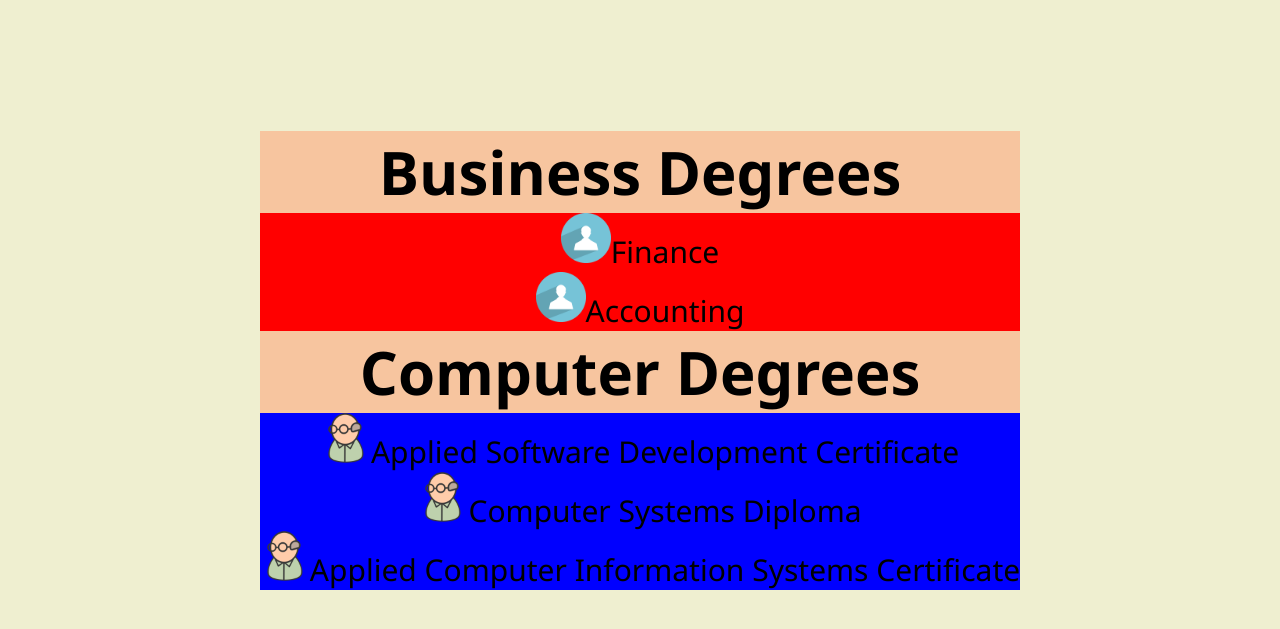
Repository: NeemaToto/mdia2109week3
Page: /
These files come from the project's save history. The page is drawn as it stood at one moment and after a run of saves; the edit follows.
The browser window is 1280 px wide. The pictures show the whole page.
The project was rebuilt for these pictures with package versions that can differ from the ones it lists, and the page was loaded fresh each time. The framework's server and built-in components were replaced by stand-ins that run in the browser. Also part of the build but not shown: next.config.js.

Above is the page before, as saved 2023-01-19 12:33:44.

### pages/index.js
import Head from 'next/head'
import Image from 'next/image'
import { Inter } from '@next/font/google'
import styles from '@/styles/Home.module.css'
import data from '../data/education.json'
import { useState } from 'react'
import Card from '../components/card'
import Link from 'next/link'

const inter = Inter({ subsets: ['latin'] })

export default function Home() {
  console.log(data);
  const [information, setInformation] = useState([...data]);

  return (
    <>
      <Head>
        <title>Departments of School</title>
        <meta name="description" content="Generated by create next app" />
        <meta name="viewport" content="width=device-width, initial-scale=1" />
        <link rel="icon" href="/degree-icon.png"/>
      </Head>
      <main className={styles.main}>
        <div className={styles.degrees}>
          <h1 className=''>Business Degrees</h1>
          {
            information && information.map((info, index) => {
              if (info.department === "Business") {
                return (
                  <Card key={index} degree={info.degree} colour="red" font="30px" />
                )
              }
            })
          }
          <h1>Computer Degrees</h1>
          {
            information && information.map((info, index) => {
              if (info.department === "Computing") {
                return (
                  <Card key={index} degree={info.degree} colour="blue" font="30px" />
                )
              }
            })
          }
        </div>
      </main>
    </>
  )
}

### styles/globals.css
:root {
  --max-width: 1100px;
  --border-radius: 12px;
  --font-mono: ui-monospace, Menlo, Monaco, 'Cascadia Mono', 'Segoe UI Mono',
    'Roboto Mono', 'Oxygen Mono', 'Ubuntu Monospace', 'Source Code Pro',
    'Fira Mono', 'Droid Sans Mono', 'Courier New', monospace;

  --foreground-rgb: 0, 0, 0;
  --background-start-rgb: 214, 219, 220;
  --background-end-rgb: 255, 255, 255;

  --primary-glow: conic-gradient(
    from 180deg at 50% 50%,
    #16abff33 0deg,
    #0885ff33 55deg,
    #54d6ff33 120deg,
    #0071ff33 160deg,
    transparent 360deg
  );
  --secondary-glow: radial-gradient(
    rgba(255, 255, 255, 1),
    rgba(255, 255, 255, 0)
  );

  --tile-start-rgb: 239, 245, 249;
  --tile-end-rgb: 228, 232, 233;
  --tile-border: conic-gradient(
    #00000080,
    #00000040,
    #00000030,
    #00000020,
    #00000010,
    #00000010,
    #00000080
  );

  --callout-rgb: 238, 240, 241;
  --callout-border-rgb: 172, 175, 176;
  --card-rgb: 180, 185, 188;
  --card-border-rgb: 131, 134, 135;
}

@media (prefers-color-scheme: dark) {
  :root {
    --foreground-rgb: 255, 255, 255;
    --background-start-rgb: 0, 0, 0;
    --background-end-rgb: 0, 0, 0;

    --primary-glow: radial-gradient(rgba(1, 65, 255, 0.4), rgba(1, 65, 255, 0));
    --secondary-glow: linear-gradient(
      to bottom right,
      rgba(1, 65, 255, 0),
      rgba(1, 65, 255, 0),
      rgba(1, 65, 255, 0.3)
    );

    --tile-start-rgb: 2, 13, 46;
    --tile-end-rgb: 2, 5, 19;
    --tile-border: conic-gradient(
      #ffffff80,
      #ffffff40,
      #ffffff30,
      #ffffff20,
      #ffffff10,
      #ffffff10,
      #ffffff80
    );

    --callout-rgb: 20, 20, 20;
    --callout-border-rgb: 108, 108, 108;
    --card-rgb: 100, 100, 100;
    --card-border-rgb: 200, 200, 200;
  }
}

* {
  box-sizing: border-box;
  padding: 0;
  margin: 0;
}

html,
body {
  max-width: 100vw;
  overflow-x: hidden;
}

body {
  color: rgb(var(--foreground-rgb));
  background: linear-gradient(
      to bottom,
      transparent,
      rgb(var(--background-end-rgb))
    )
    rgb(var(--background-start-rgb));
}

a {
  color: inherit;
  text-decoration: none;
}

@media (prefers-color-scheme: dark) {
  html {
    color-scheme: dark;
  }
}


.degrees{
  font-size: 10000px;
}

### styles/Home.module.css
.main {
  display: flex;
  flex-direction: row;
  justify-content: center;
  align-items: center;
  padding: 6rem;
  min-height: 100vh;
  background-color: #efefd0;
}

.description {
  display: inherit;
  justify-content: inherit;
  align-items: inherit;
  font-size: 0.85rem;
  max-width: var(--max-width);
  width: 100%;
  z-index: 2;
  font-family: var(--font-mono);
}

.description a {
  display: flex;
  justify-content: center;
  align-items: center;
  gap: 0.5rem;
}

.description p {
  position: relative;
  margin: 0;
  padding: 1rem;
  background-color: rgba(var(--callout-rgb), 0.5);
  border: 1px solid rgba(var(--callout-border-rgb), 0.3);
  border-radius: var(--border-radius);
}

.code {
  font-weight: 700;
  font-family: var(--font-mono);
}

.grid {
  display: grid;
  grid-template-columns: repeat(4, minmax(25%, auto));
  width: var(--max-width);
  max-width: 100%;
}

.card {
  padding: 1rem 1.2rem;
  border-radius: var(--border-radius);
  background: rgba(var(--card-rgb), 0);
  border: 1px solid rgba(var(--card-border-rgb), 0);
  transition: background 200ms, border 200ms;
}

.card span {
  display: inline-block;
  transition: transform 200ms;
}

.card h2 {
  font-weight: 600;
  margin-bottom: 0.7rem;
}

.card p {
  margin: 0;
  opacity: 0.6;
  font-size: 0.9rem;
  line-height: 1.5;
  max-width: 30ch;
}

.center {
  display: flex;
  justify-content: center;
  align-items: center;
  position: relative;
  padding: 4rem 0;
}

.center::before {
  background: var(--secondary-glow);
  border-radius: 50%;
  width: 480px;
  height: 360px;
  margin-left: -400px;
}

.center::after {
  background: var(--primary-glow);
  width: 240px;
  height: 180px;
  z-index: -1;
}

.center::before,
.center::after {
  content: '';
  left: 50%;
  position: absolute;
  filter: blur(45px);
  transform: translateZ(0);
}

.logo,
.thirteen {
  position: relative;
}

.thirteen {
  display: flex;
  justify-content: center;
  align-items: center;
  width: 75px;
  height: 75px;
  padding: 25px 10px;
  margin-left: 16px;
  transform: translateZ(0);
  border-radius: var(--border-radius);
  overflow: hidden;
  box-shadow: 0px 2px 8px -1px #0000001a;
}

.thirteen::before,
.thirteen::after {
  content: '';
  position: absolute;
  z-index: -1;
}

/* Conic Gradient Animation */
.thirteen::before {
  animation: 6s rotate linear infinite;
  width: 200%;
  height: 200%;
  background: var(--tile-border);
}

/* Inner Square */
.thirteen::after {
  inset: 0;
  padding: 1px;
  border-radius: var(--border-radius);
  background: linear-gradient(
    to bottom right,
    rgba(var(--tile-start-rgb), 1),
    rgba(var(--tile-end-rgb), 1)
  );
  background-clip: content-box;
}

/* Enable hover only on non-touch devices */
@media (hover: hover) and (pointer: fine) {
  .card:hover {
    background: rgba(var(--card-rgb), 0.1);
    border: 1px solid rgba(var(--card-border-rgb), 0.15);
  }

  .card:hover span {
    transform: translateX(4px);
  }
}

@media (prefers-reduced-motion) {
  .thirteen::before {
    animation: none;
  }

  .card:hover span {
    transform: none;
  }
}

/* Mobile */
@media (max-width: 700px) {
  .content {
    padding: 4rem;
  }

  .grid {
    grid-template-columns: 1fr;
    margin-bottom: 120px;
    max-width: 320px;
    text-align: center;
  }

  .card {
    padding: 1rem 2.5rem;
  }

  .card h2 {
    margin-bottom: 0.5rem;
  }

  .center {
    padding: 8rem 0 6rem;
  }

  .center::before {
    transform: none;
    height: 300px;
  }

  .description {
    font-size: 0.8rem;
  }

  .description a {
    padding: 1rem;
  }

  .description p,
  .description div {
    display: flex;
    justify-content: center;
    position: fixed;
    width: 100%;
  }

  .description p {
    align-items: center;
    inset: 0 0 auto;
    padding: 2rem 1rem 1.4rem;
    border-radius: 0;
    border: none;
    border-bottom: 1px solid rgba(var(--callout-border-rgb), 0.25);
    background: linear-gradient(
      to bottom,
      rgba(var(--background-start-rgb), 1),
      rgba(var(--callout-rgb), 0.5)
    );
    background-clip: padding-box;
    backdrop-filter: blur(24px);
  }

  .description div {
    align-items: flex-end;
    pointer-events: none;
    inset: auto 0 0;
    padding: 2rem;
    height: 200px;
    background: linear-gradient(
      to bottom,
      transparent 0%,
      rgb(var(--background-end-rgb)) 40%
    );
    z-index: 1;
  }
}

/* Tablet and Smaller Desktop */
@media (min-width: 701px) and (max-width: 1120px) {
  .grid {
    grid-template-columns: repeat(2, 50%);
  }
}

@media (prefers-color-scheme: dark) {
  .vercelLogo {
    filter: invert(1);
  }

  .logo,
  .thirteen img {
    filter: invert(1) drop-shadow(0 0 0.3rem #ffffff70);
  }
}

@keyframes rotate {
  from {
    transform: rotate(360deg);
  }
  to {
    transform: rotate(0deg);
  }
}

.degrees{
  font-size: 30px;
  text-align: center;
  font-family: 'Segoe UI', Tahoma, Geneva, Verdana, sans-serif;
  background-color: #f7c59f;
}

.degrees > h1{

}

### data/education.json
[
        {
            "studentNumber": "A0004567",
            "firstName": "Person 1",
            "gpa": 3.8,
            "department": "Business",
            "degree": "Finance",
            "graduted": 2014
        },
        {
            "studentNumber": "A0001234",
            "firstName": "Person 2",
            "gpa": 3.5,
            "department": "Business",
            "degree": "Accounting",
            "graduted": 2010
        },
        {
            "studentNumber": "A0007890",
            "firstName": "Person 3",
            "gpa": 3.2,
            "department": "Computing",
            "degree": "Applied Software Development Certificate",
            "graduted": 2018
        },
        {
            "studentNumber": "A0007828",
            "firstName": "Person 4",
            "gpa": 3.9,
            "department": "Computing",
            "degree": "Computer Systems Diploma",
            "graduted": 2021
        },
        {
            "studentNumber": "A0003425",
            "firstName": "Person 5",
            "gpa": 3.2,
            "department": "Computing",
            "degree": "Applied Computer Information Systems Certificate",
            "graduted": 2021
        }
]

### components/card/index.js
export default function Card({
    degree = "none",
    colour = "purple",
    font = 0,
    image = 'icon/personTwo.png'
}){
    return(
        <div style={{backgroundColor: colour, fontSize: font}}>
            {
                colour === "red" ? <img src={'icon/person.png'} width="50"/> :
                colour === "blue" ? <img src={'icon/personThree.png'} width="50"/> :
                                    <img src={image} width="50"/>
            }
            {degree}
        </div>
    )
}

Loaded but not shown: pages/_app.js (common file); pages/_document.js (common file)

After the next 2 saves:
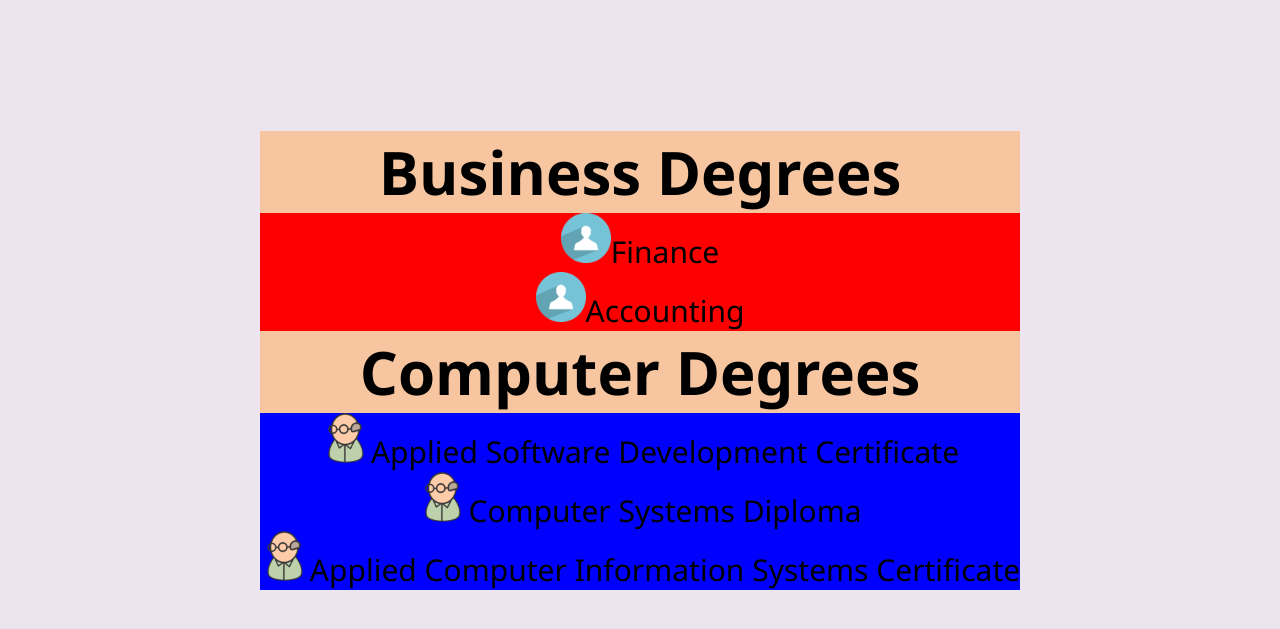
The 2 saves are shown as one change because they came seconds apart.
The last was saved 25 s later.
--- a/styles/Home.module.css
+++ b/styles/Home.module.css
@@ -5,7 +5,7 @@
   align-items: center;
   padding: 6rem;
   min-height: 100vh;
-  background-color: #efefd0;
+  background-color: #ece5f0;
 }
 
 .description {
